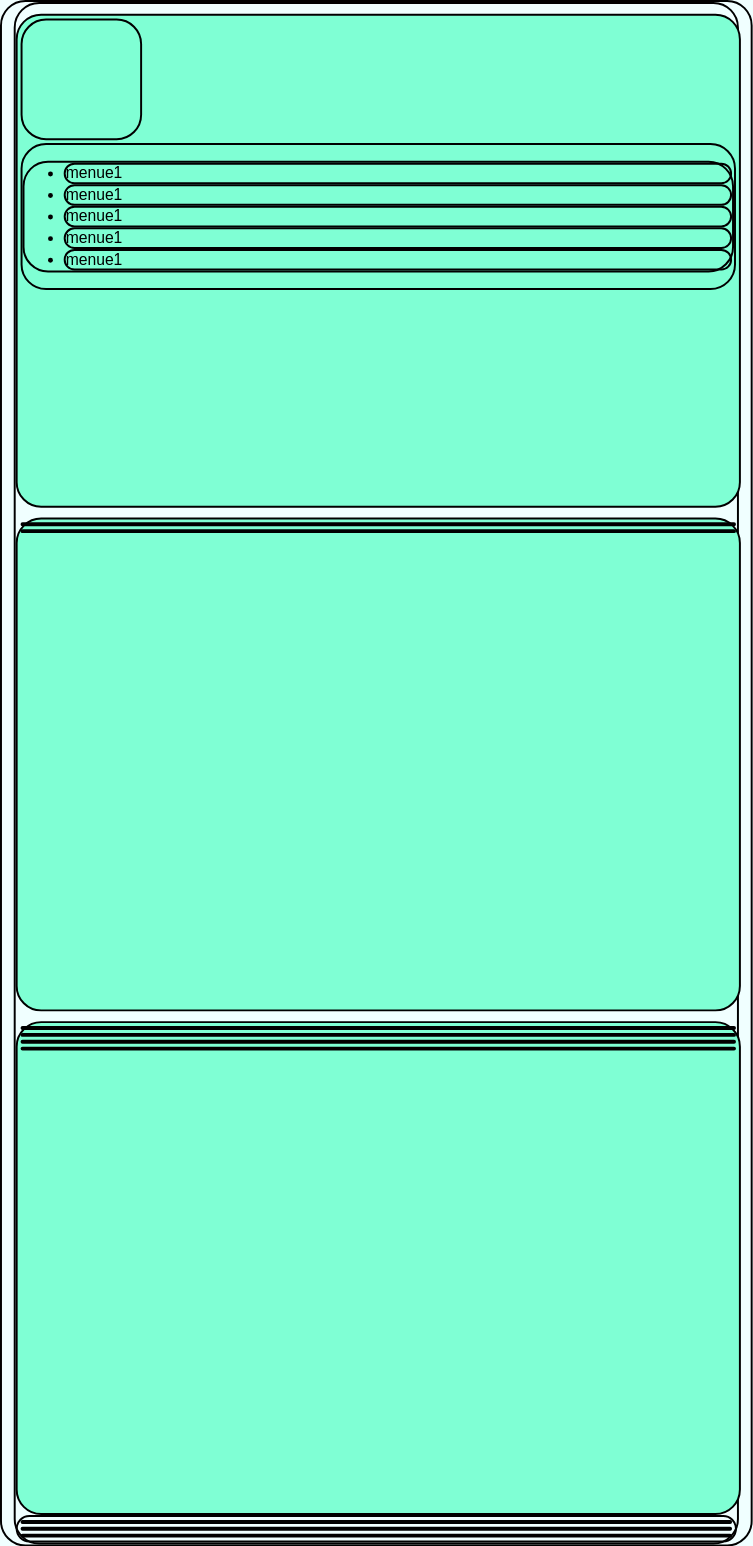
Repository: clairedupuich/cv-claireDUPUICH
Page: cv.html
An editor plug-in stored every save of this project. The page is shown before and after the next save, followed by the edit.
The browser window is 768 px wide. The pictures show the whole page, at 98% of full size.

Above is the page before, as saved 2020-10-08 12:35:47.

### cv.html
<!DOCTYPE html>
<html lang="fr" dir="ltr">
  <head>
    <meta charset="utf-8">
    <title>Exercice</title>
    <link rel="stylesheet" href="cv.css">
  </head>
  <body>
    <section class="header">
        <div class="logo">
        </div>
        <div class="nav">
            <ul>
                <li>menue1</li>
                <li>menue1</li>
                <li>menue1</li>
                <li>menue1</li>
                <li>menue1</li>
            </ul>
        </div>
    </section>
      <section class="section 1">
          <div class="article1_1">
          </div>
          <div class="article1_2">
          </div>
      </section>
      <section class="section2">
        <div class="article2_1">
        </div>
        <div class="article2_2">
        </div>
        <div class="article2_3">
        </div>
        <div class="article2_4">
        </div>
      </section>
      <footer>
          <div class='footer1'>
          </div>
        <div class="footer2">
        </div>
        <div class="footer3">
        </div>
    </footer>
  </body>
</html>

### cv.css

@media screen and (max-width: 768px)
{
    * {
        font-family: Avenir, sans-serif;
        border: 2px solid black;
        border-radius: 26px;

    }

    body {
        background-color: azure;
        margin: 0 12px;

    }
    section {
        margin-top: 10px;
        padding: 5px auto;
        width: 100%;
        height: 500px;
        background-color: aquamarine;


    }
    div {
        margin: 3px;
    }
    .logo {
        width:120px;
        height: 120px;
        boder
    }

}

After the next save:
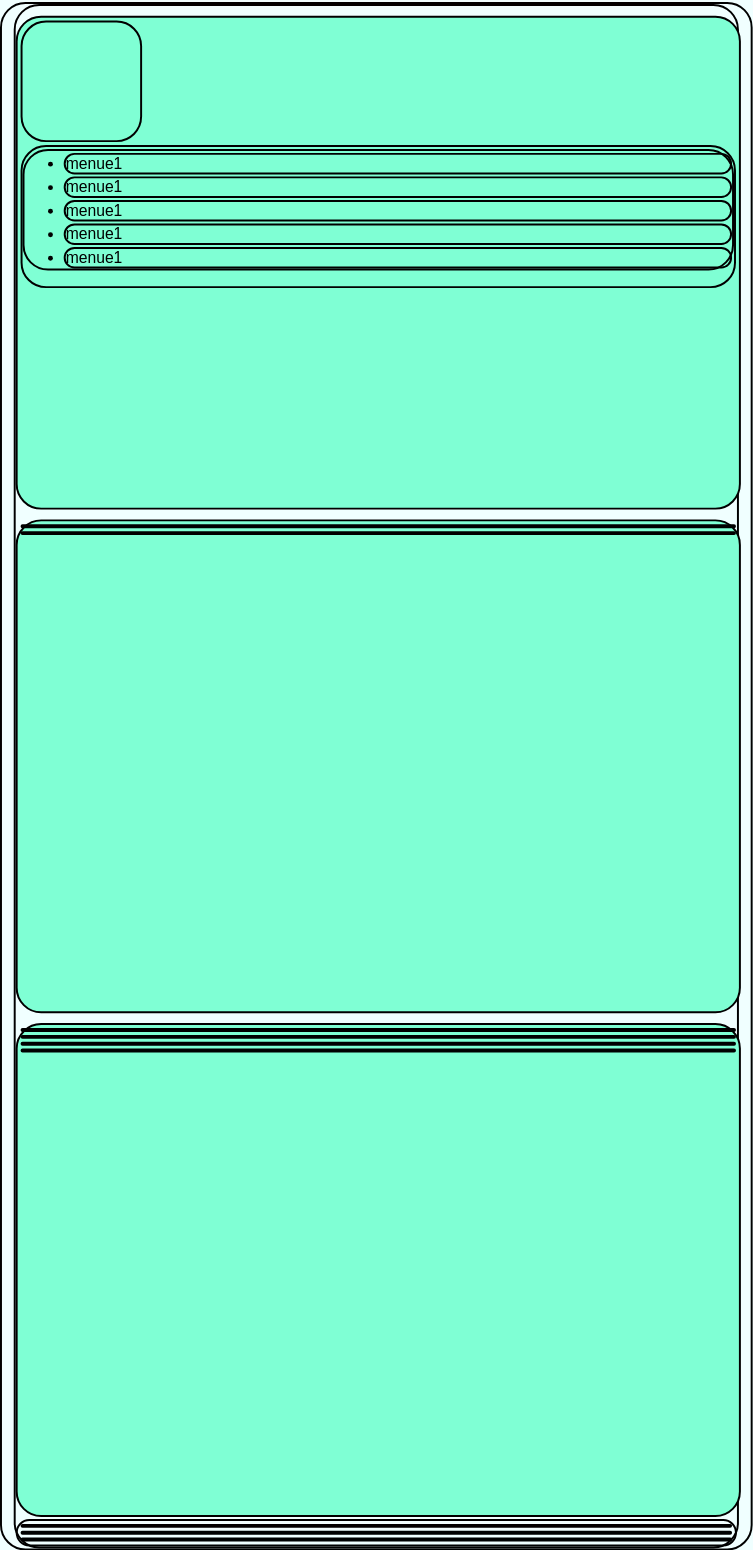
Saved 56 s later.
--- a/cv.css
+++ b/cv.css
@@ -5,6 +5,7 @@
         font-family: Avenir, sans-serif;
         border: 2px solid black;
         border-radius: 26px;
+        margin-top: 2px;
 
     }
 
